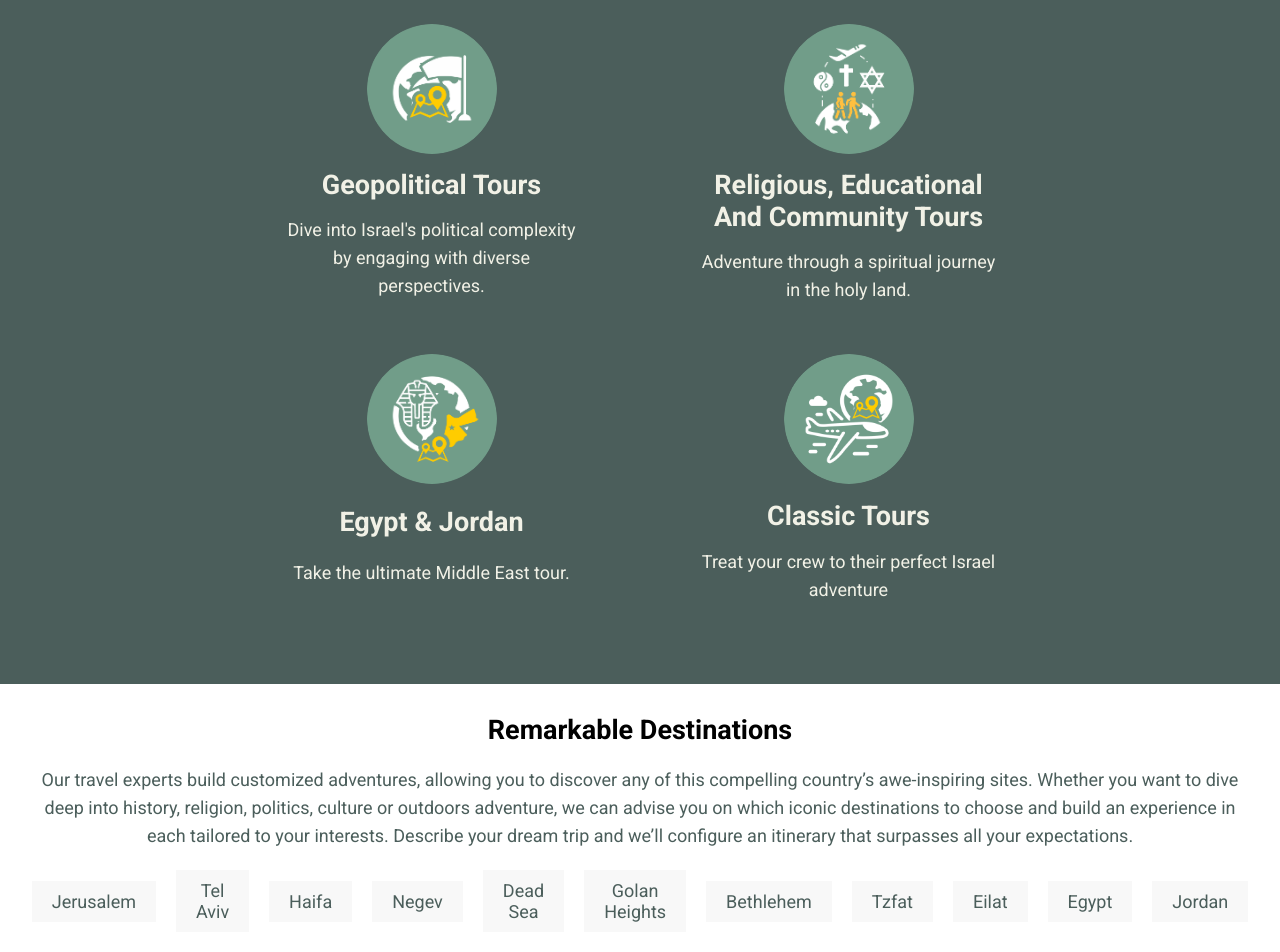
Repository: Pafestivo/realIsraelTours
Page: / (app in frontend/)
The author's editor kept a copy of each file at every save. The page is drawn from the files as they stood at one save, then again after a run of saves.
The browser window is 1280 px wide. The pictures show the part of the page from y = 1210 to 2162 px (the page is 2162 px tall before and 2142 px after).
The project was rebuilt for these pictures with package versions that can differ from the ones it lists, and the page was loaded fresh each time. The framework's server and built-in components were replaced by stand-ins that run in the browser. Also part of the build but not shown: frontend/next.config.js. Imported but missing from the stored project, and not drawn on this page: frontend/src/assets/videoBG.mp4.

Above is the page before, as saved 2023-09-20 16:45:38.

After the next 2 saves:
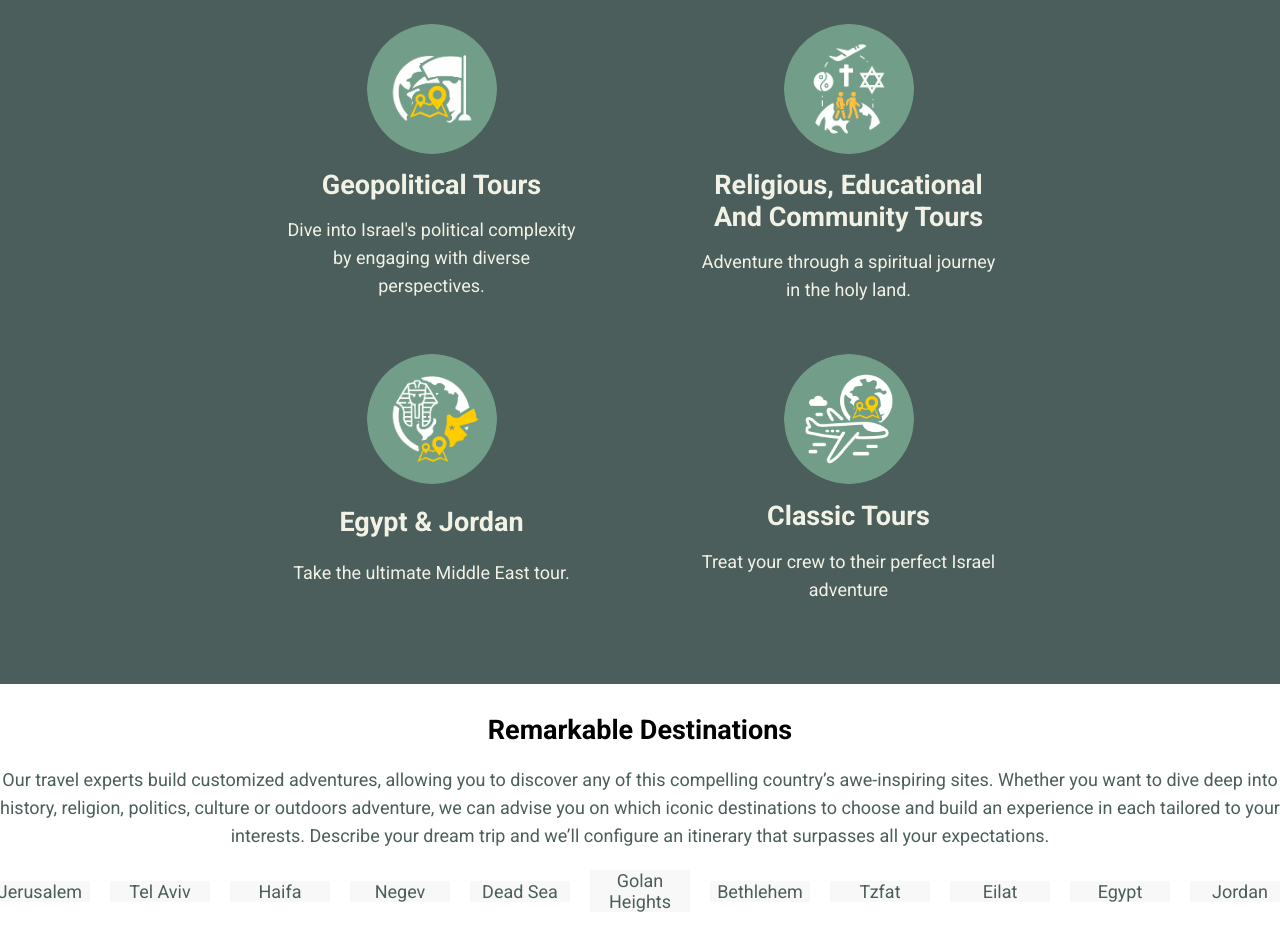
The 2 saves are shown as one change because they came seconds apart.
The last was saved 16 s later.
--- a/frontend/src/styles/destinations.css
+++ b/frontend/src/styles/destinations.css
@@ -19,5 +19,5 @@
 
 .destinations-options > * {
   background-color: #f8f8f8;
-  padding: 10px 20px;
+  width: 100px;
 }
